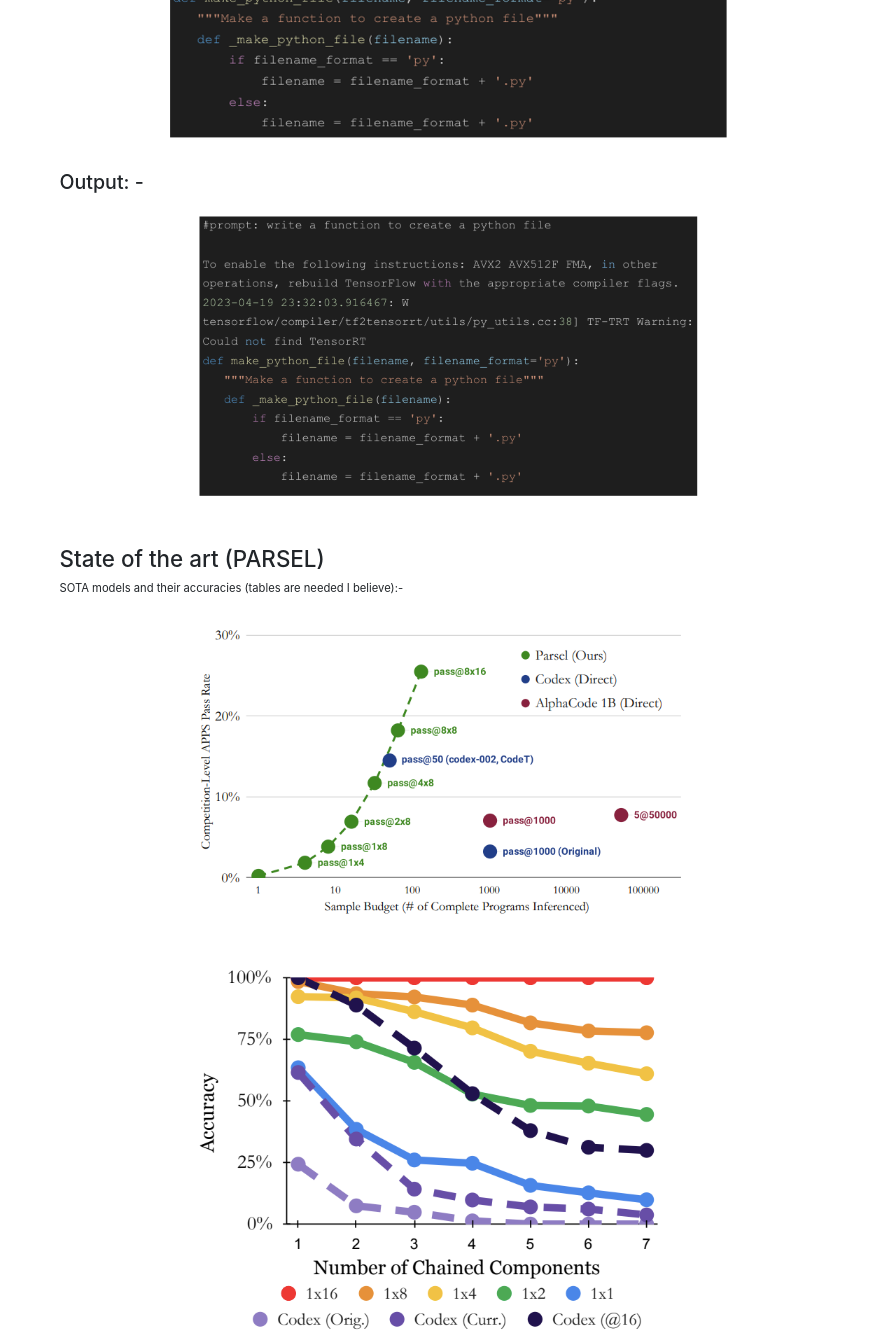
Repository: Shaalan-omar/ConcodePlus
Page: team-specific/index.html
These files come from the project's save history. The page is drawn as it stood at one moment and after the next save; the edit follows.
The browser window is 1280 px wide. The pictures show the part of the page from y = 3085 to 5005 px (the page is 8132 px tall before and 7667 px after), at 70% of full size.

Above is the page before, as saved 2023-05-14 01:00:02.

### team-specific/index.html
<!DOCTYPE html>
<html lang="en">

<head>

  <meta charset="utf-8">
  <meta name="viewport" content="width=device-width, initial-scale=1, shrink-to-fit=no">
  <meta name="description" content="">
  <meta name="author" content="">

  <title>Code Generation / Documentation model based on CodeT5</title>

  <!-- Bootstrap core CSS -->
  <link href="../vendor/bootstrap/css/bootstrap.min.css" rel="stylesheet">

</head>

<body>

  <!-- Navigation -->
  <nav class="navbar navbar-expand-lg navbar-dark bg-dark static-top">
    <div class="container">
      <a class="navbar-brand" href="../home.html">Practical Machine Deep Learning</a>
      <button class="navbar-toggler" type="button" data-toggle="collapse" data-target="#navbarResponsive" aria-controls="navbarResponsive" aria-expanded="false" aria-label="Toggle navigation">
        <span class="navbar-toggler-icon"></span>
      </button>
      <div class="collapse navbar-collapse" id="navbarResponsive">
        <ul class="navbar-nav ml-auto">
          <li class="nav-item active">
            <a class="nav-link" href="../home.html">Home
              <span class="sr-only">(current)</span>
            </a>
          </li>
          <li class="nav-item">
            <a class="nav-link" href="../about.html">About</a>
          </li>
          <li class="nav-item">
            <a class="nav-link" href="../contact.html">Contact</a>
          </li>
        </ul>
      </div>
    </div>
  </nav>

  <!-- Page Content -->
  <div class="container">
    <div class="row">
      <div class="col-lg-12 text-center">
        <h1 class="mt-5">Code Generation / Documentation model based on CodeT5</h1>
        <ul class="list-unstyled">
          <li>Omar Shaalan 900193887</li>
          <li>Kyrollos Zakarya 900203309</li>
        </ul>
      </div>
    </div>


    <div class="row">
      <div class="col-lg-12 text-left">
        <h2 class="mt-5"></h2>
		<p>
			Code generation is a very important in our current daily life. However, the documentation of the code is beyond important too,
      we need the code that is generated to have a documentation generated with it in order to be able to generate a code that is understandable
      and increase the efficency (we increase the efficency of the code by providing commented code, so it will be easier to understand and reuse or extract the
       needed parts from it)
		</p>
      </div>
    </div>

    <div class="row">
      <div class="col-lg-12 text-left">
        <h2 class="mt-5">Dataset</h2>

        <p>
			Our initial plan was to work with the Cocode's task dataset (concode is the code generation task), this was initially our intution
      as our task, ConcodePlus(the commented code generation task), was going to generate the code that concode generated but with comments. However,
      in concode's dataset we only had the code and the Natural Language describing the code, but no dataset had the code itself with comments in the same coloumn,
      this of course limited our ways
      to train the model on genreating a documented code, as we had no clear dataset that had code, comments for that code, all we had was datasets having code and
      a natural language describing the code, as illustrated in the visualization of the Concode's dataset below.
    </p>
    <br/> <!-- Empty Line before the image -->
    <div class="img-container" align="center"> <!-- Block parent element -->
        <img src="resources/images/concode.png" class="img-fluid text-center">
    </div>
    <br/> <!-- Empty Line after the image -->
<p>
  Hence, we had to make a major change, that will allow us to have a dataset that contains a pair consisting of code and a prompt as usual describing
      the code, but in the code's column we added comments to the code itself in the same coloumn.
      This was our own dataset, and we called PyPlus, as this dataset works on Python codes only, and the plus part is because it is the first of its
      type to contain code with detailed comments of the code in the same column, or at least the first
      of its type as an open source dataset, as we have found NO other open source or closed source (but this is hard to make sure of as closed source
      are like a black box, you cannot see what is inside them) dataset in python storing data in that way.
</p>
<br/> <!-- Empty Line before the image -->
<div class="img-container" align="center"> <!-- Block parent element -->
    <img src="resources/images/dataset.png" class="img-fluid text-center">
</div>

      </div>
    </div>

    <div class="row">
      <div class="col-lg-12 text-left">
        <h2 class="mt-5">Input/Output Examples</h2>
   <br>
      </br>
        <h3>
			 Problem statement: -
        </h3>

		<br/> <!-- Empty Line before the image -->
	    <div class="img-container" align="center"> <!-- Block parent element -->
      		<img src="resources/images/Problem_Stat_1.png" class="img-fluid text-center">
    	</div>

    	<br/> <!-- Empty Line after the image -->

      <br/> <!-- Empty Line before the image -->
	    <div class="img-container" align="center"> <!-- Block parent element -->
      		<img src="resources/images/Problem_Stat_2.png" class="img-fluid text-center">
    	</div>


        <br>
      </br>
         <h3>
			 Our Own Output: -
        </h3>

      	    <div class="img-container" align="center"> <!-- Block parent element -->
      		<img src="resources/images/output_real.png" class="img-fluid text-center">
    	</div>
      <!-- <p class = "center">
        Feel the difference?
     </p> -->
     <br>
    </br>
    <h3>
      Output: -
    </h3>

      <br/> <!-- Empty Line before the image -->
	    <div class="img-container" align="center"> <!-- Block parent element -->
      		<img src="resources/images/output.png" class="img-fluid text-center">
    	</div>
    	<br/> <!-- Empty Line after the image -->
      </div>
    </div>


    <div class="row">
      <div class="col-lg-12 text-left">
        <h2 class="mt-5">State of the art (PARSEL)</h2>

        <p>
			SOTA models and their accuracies (tables are needed I believe):-
		</p>

		<br/> <!-- Empty Line before the image -->
	    <div class="img-container" align="center"> <!-- Block parent element -->
      		<img src="resources/images/parsel_1.png" class="img-fluid text-center">
    	</div>
    	<br/> <!-- Empty Line after the image -->

      <br/> <!-- Empty Line before the image -->
	    <div class="img-container" align="center"> <!-- Block parent element -->
      		<img src="resources/images/parsel_2.png" class="img-fluid text-center">
    	</div>
    	<br/> <!-- Empty Line after the image -->

      <br/> <!-- Empty Line before the image -->
	    <div class="img-container" align="center"> <!-- Block parent element -->
      		<img src="resources/images/parsel_3.png" class="img-fluid text-center">
    	</div>
    	<br/> <!-- Empty Line after the image -->
      </div>
    </div>

    <div class="row">
      <div class="col-lg-12 text-left">
        <h2 class="mt-5">Orignial Model from Literature LEFT LESA</h2>

        <p>
			Details about the model here, add your model images below
		</p>

		<br/> <!-- Empty Line before the image -->
	    <div class="img-container" align="center"> <!-- Block parent element -->
      		<img src="resources/images/model.png" class="img-fluid text-center">
    	</div>
    	<br/> <!-- Empty Line after the image -->
      </div>
    </div>

    <div class="row">
      <div class="col-lg-12 text-left">
        <h2 class="mt-5">Proposed Updates</h2>

        <p>
			Add all the model updates you made here, need as many images as you wish
		</p>

		<h5 class="mt-5">Update #1: Adding Reinforcement Learning</h5>
		<p>
			Give rewards when the generated documentation along with the code is correct and add negative rewards when the generation is not good.
		</p>
		<br/> <!-- Empty Line before the image -->
	    <div class="img-container" align="center"> <!-- Block parent element -->
      		<img src="resources/images/reinforcement.png" class="img-fluid text-center">
    	</div>
    	<br/> <!-- Empty Line after the image -->
      </div>
    </div>


    <div class="row">
      <div class="col-lg-12 text-left">
        <h2 class="mt-5">Results</h2>

        <p>
			LEFT lehad ma tet7asen Add your results here, add graphs and images to illustrate it.
			Compare your results to the original model and state of the art
		</p>

		<br/> <!-- Empty Line before the image -->
	    <div class="img-container" align="center"> <!-- Block parent element -->
      		<img src="resources/images/results.png" class="img-fluid text-center">
    	</div>
    	<br/> <!-- Empty Line after the image -->
      </div>
    </div>


    <div class="row">
      <div class="col-lg-12 text-left">
        <h2 class="mt-5">Technical report</h2>

        <p>
			LEft Here you will detail the details related to training, for example: Filled With KYRO
		</p>

	 	<ul>
		  <li>Programming framework</li>
		  <li>Training hardware i.e. colab or azure or anything else</li>
		  <li>Training time</li>
		  <li>Number of epochs</li>
		  <li>Time per epoch</li>
		  <li>Any other important detail or difficulties</li>
		</ul>
      </div>
    </div>

	<div class="row">
	  <div class="col-lg-12 text-left">
	    <h2 class="mt-5">Conclusion</h2>

	    <p>
			Conclusion and future work (including lessons learned and interesting findings
		</p>

	  </div>
	</div>

	<div class="row">
	  <div class="col-lg-12 text-left">
	    <h2 class="mt-5">References</h2>

	    <p>
	    	List all references here, the following are only examples
	    </p>

		<ol>
		  <li><a href="https://arxiv.org/pdf/2212.10561v2.pdf">Parsel Paper</a></li>
		  <li><a href="https://arxiv.org/pdf/2109.00859v1.pdf">CodeT5 PaperL</a></li>
		  <li><a href="http://www.google.com">Dataset Link LEFT need to upload it to github</a></li>
		</ol>
	  </div>
	</div>

  </div>



  <!-- Bootstrap core JavaScript -->
  <script src="../vendor/jquery/jquery.slim.min.js"></script>
  <script src="../vendor/bootstrap/js/bootstrap.bundle.min.js"></script>

</body>

</html>

Loaded but not shown: vendor/bootstrap/css/bootstrap.min.css (library); vendor/jquery/jquery.slim.min.js (library); vendor/bootstrap/js/bootstrap.bundle.min.js (library)

After the next save:
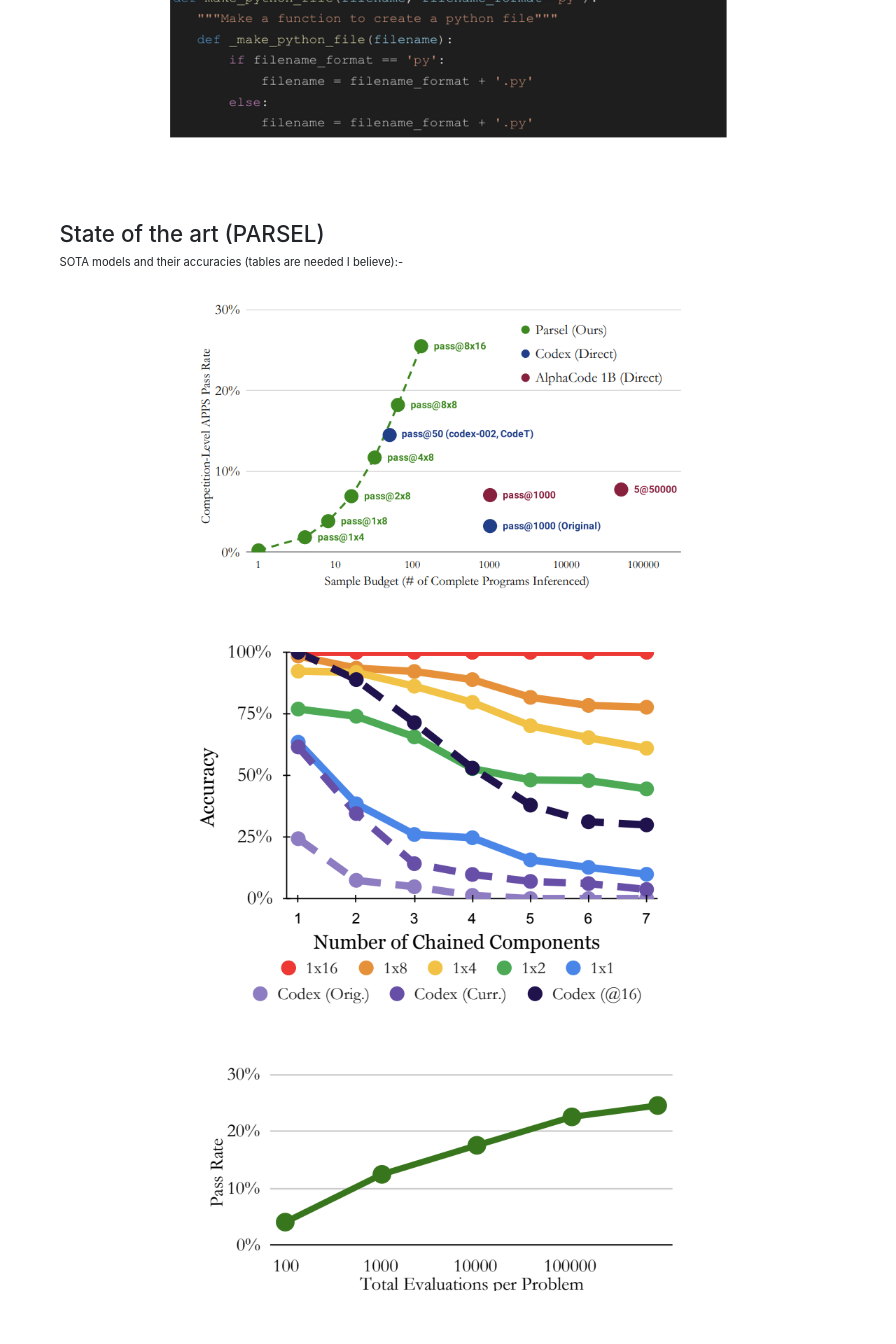
Saved 18 s later.
--- a/team-specific/index.html
+++ b/team-specific/index.html
@@ -136,14 +136,7 @@
      </p> -->
      <br>
     </br>
-    <h3>
-      Output: -
-    </h3>
-
-      <br/> <!-- Empty Line before the image -->
-	    <div class="img-container" align="center"> <!-- Block parent element -->
-      		<img src="resources/images/output.png" class="img-fluid text-center">
-    	</div>
+
     	<br/> <!-- Empty Line after the image -->
       </div>
     </div>
